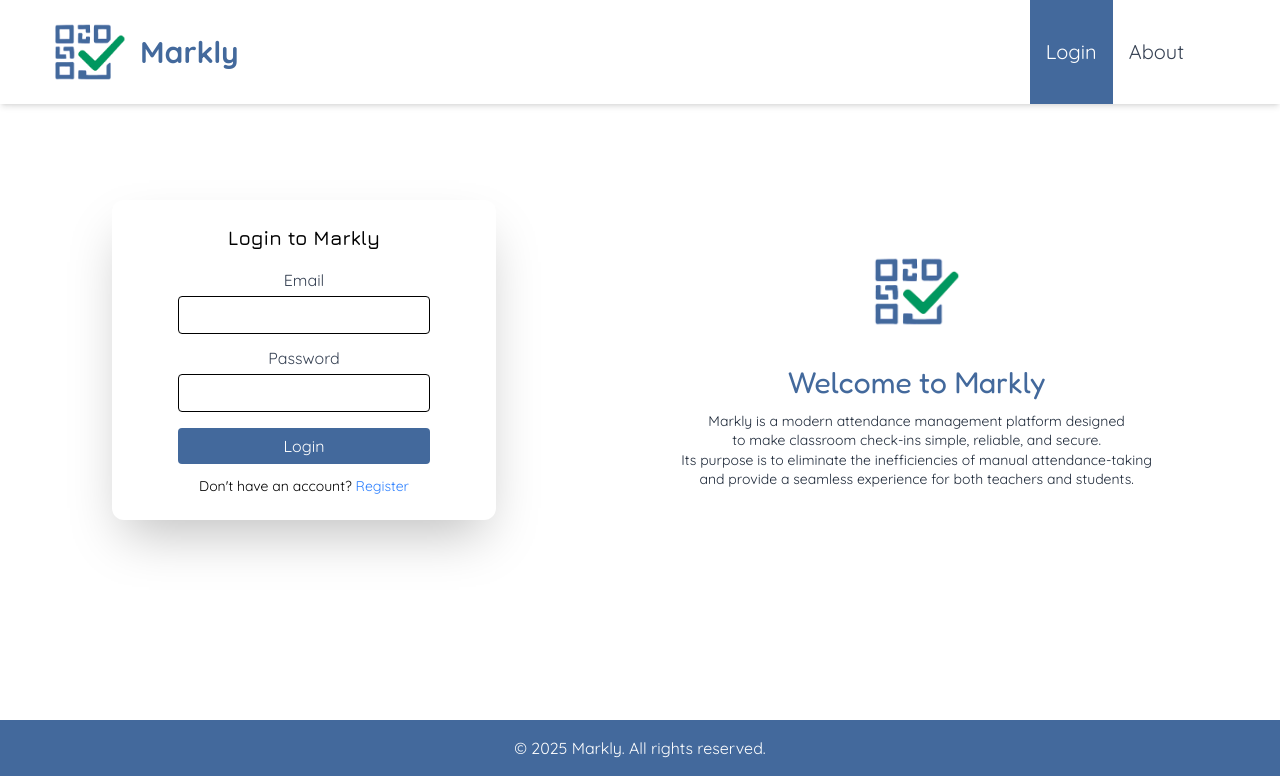
Repository: Mozukie/Markly
Page: /login
An editor plug-in stored every save of this project. The page is shown before and after the next save, followed by the edit.
The browser window is 1280 px wide. The pictures show the whole page.
Some web fonts or font styles are not loaded; a fallback is used. The project was rebuilt for these pictures with package versions that can differ from the ones it lists, and the page was loaded fresh each time. Also part of the build but not shown: vite.config.js, src/pages/NotFound.jsx, src/pages/Home.jsx, src/components/About.jsx, src/pages/Students/studentdashboard.jsx.

Above is the page before, as saved 2025-08-23 22:11:02.

### index.html
<!doctype html>
<html lang="en">
  <head>
    <meta charset="UTF-8" />
    <link rel="icon" type="image/png" href="/icon.png" />
    <meta name="viewport" content="width=device-width, initial-scale=1.0" />
    <style>
    @import url('https://fonts.googleapis.com/css2?family=Fredoka:wght@300..700&family=Gruppo&family=Hepta+Slab:wght@1..900&family=Jura:wght@300..700&family=Poiret+One&family=Quicksand:wght@300..700&display=swap');
    </style>
    <title>Markly</title>
  </head>
  <body>
    <div id="root"></div>
    <script type="module" src="/src/main.jsx"></script>
  </body>
</html>

### src/App.jsx
import './App.css'
import { BrowserRouter as Router, Routes, Route, useLocation } from 'react-router-dom'
import React from 'react'
// eslint-disable-next-line no-unused-vars
import { AnimatePresence, motion } from 'framer-motion'
import NotFound from './pages/NotFound.jsx'
import Home from './pages/Home.jsx'
import Login from './pages/Login.jsx'
import About from './components/About.jsx'
import StudentDashboard from './pages/Students/studentdashboard.jsx'

function AnimatedRoutes() {
  const location = useLocation();
  return (
    <AnimatePresence mode="wait">
      <motion.div
        key={location.pathname}
        initial={{ opacity: 0, y: 20 }}
        animate={{ opacity: 1, y: 0 }}
        exit={{ opacity: 0, y: -20 }}
        transition={{ duration: 0.4 }}
      >
        <Routes location={location}>
          <Route path="/" element={<Home/>} />
          <Route path="*" element={<NotFound/>} />
          <Route path="/login" element={<Login/>} />
          <Route path="/about" element={<About/>} />
          <Route path="/studentdashboard" element={<StudentDashboard/>} />
        </Routes>
      </motion.div>
    </AnimatePresence>
  );
}

function App() {
  return(
    <div>
      <Router>
        <AnimatedRoutes />
      </Router>
    </div>
  )
}

export default App

### src/App.css
@import "tailwindcss";

body, html {
  font-family: "Quicksand", sans-serif;
}

.poiret-one-regular {
  font-family: "Poiret One", sans-serif;
  font-weight: 400;
  font-style: normal;
}
.quicksand {
  font-family: "Quicksand", sans-serif;
  font-weight: 400;
  font-style: normal;
}
.quicksand-bold {
  font-family: "Quicksand", sans-serif;
  font-weight: 700;
  font-style: normal;
}
.fredoka {
  font-family: "Fredoka", sans-serif;
  font-weight: 400;
  font-style: normal;
}
.fredoka-bold {
  font-family: "Fredoka", sans-serif;
  font-weight: 700;
  font-style: normal;
}
.gruppo {
  font-family: "Gruppo", cursive;
  font-weight: 400;
  font-style: normal;
}
.hepta-slab {
  font-family: "Hepta Slab", serif;
  font-weight: 400;
  font-style: normal;
}
.hepta-slab-bold {
  font-family: "Hepta Slab", serif;
  font-weight: 900;
  font-style: normal;
}


.jura-regular {
  font-family: "Jura", sans-serif;
  font-optical-sizing: auto;
  font-weight: 400;
  font-style: normal;
}

.jura-medium {
  font-family: "Jura", sans-serif;
  font-optical-sizing: auto;
  font-weight: 500;
  font-style: normal;
}

.jura-semi-bold {
  font-family: "Jura", sans-serif;
  font-optical-sizing: auto;
  font-weight: 600;
  font-style: normal;
}

/* Fredoka for main titles */
h1, .title {
  font-family: "Fredoka", sans-serif;
}

/* Jura Medium for semi-titles, Login, Register, and subtitles */
.subtitle, .semi-title, .jura-semi-bold
.login-title, .register-title,
h2, h3, h4, h5, h6 {
  font-family: "Jura", sans-serif;
  font-weight: 600;
  font-style: normal;
}

### src/pages/Login.jsx
import React, { useState } from "react";
import Header from "../components/Header.jsx";
import Footer from "../components/Footer.jsx";

export default function Login() {
  const [showRegister, setShowRegister] = useState(false);

  return (
    <>
      <Header isLoggedIn={false} />
      <div className="min-h-screen flex items-center justify-between px-4">
        {/* Login Panel */}
        <div
          className="bg-white p-6 rounded-xl shadow-2xl max-w-sm w-full ml-24 flex flex-col items-center z-20"
          style={{ minWidth: '300px' }}
        >
          <h2 className="text-xl font-bold mb-4 text-center">Login to Markly</h2>
          <form className="w-full flex flex-col items-center">
            <div className="mb-3 w-3/4">
              <label className="block text-gray-700 mb-1 text-center" htmlFor="email">Email</label>
              <input type="email" id="email" className="w-full px-2 py-1.5 border rounded text-center" required />
            </div>
            <div className="mb-4 w-3/4">
              <label className="block text-gray-700 mb-1 text-center" htmlFor="password">Password</label>
              <input type="password" id="password" className="w-full px-2 py-1.5 border rounded text-center" required />
            </div>
            <button type="submit" className="w-3/4 bg-[#43699c] text-white py-1.5 rounded hover:bg-[#365f8a] transition-colors">Login</button>
          </form>
          <p className="mt-3 text-center text-sm">
            Don't have an account?{' '}
            <button
              type="button"
              className="text-blue-500 hover:underline focus:outline-none"
              onClick={() => setShowRegister(true)}
            >
              Register
            </button>
          </p>
        </div>

        {/* Register Panel */}
        <div
          className={`bg-white p-6 rounded-xl shadow-2xl max-w-md w-full mr-24 flex flex-col items-center transition-all duration-500 z-30 mt-20 ${showRegister ? 'opacity-100 translate-x-0' : 'opacity-0 translate-x-8 pointer-events-none'}`}
          style={{ minWidth: '420px', borderTopLeftRadius: '0.75rem', borderBottomLeftRadius: '0.75rem' }}
        >
          <h2 className="text-xl font-bold mb-4 text-center">Register</h2>
          <form className="w-full flex flex-col items-center">
            <div className="mb-3 w-3/4 flex gap-3">
              <div className="w-1/2">
                <label className="block text-gray-700 mb-1 text-center" htmlFor="reg-firstname">First Name</label>
                <input type="text" id="reg-firstname" className="w-full px-2 py-1.5 border rounded text-center" required />
              </div>
              <div className="w-1/2">
                <label className="block text-gray-700 mb-1 text-center" htmlFor="reg-lastname">Last Name</label>
                <input type="text" id="reg-lastname" className="w-full px-2 py-1.5 border rounded text-center" required />
              </div>
            </div>
            <div className="mb-3 w-3/4">
              <label className="block text-gray-700 mb-1 text-center" htmlFor="reg-email">Email</label>
              <input type="email" id="reg-email" className="w-full px-2 py-1.5 border rounded text-center" required />
            </div>
            <div className="mb-3 w-3/4">
              <label className="block text-gray-700 mb-1 text-center" htmlFor="reg-password">Password</label>
              <input type="password" id="reg-password" className="w-full px-2 py-1.5 border rounded text-center" required />
            </div>
            <div className="mb-3 w-3/4">
              <label className="block text-gray-700 mb-1 text-center" htmlFor="confirm-password">Confirm Password</label>
              <input type="password" id="confirm-password" className="w-full px-2 py-1.5 border rounded text-center" required />
            </div>
            <div className="text-sm">
              <input type="checkbox" id="teacher-checkbox" className="mt-3" />
              <label htmlFor="consent" className="text-gray-600 ml-1"> I consent to my data being used for registration purposes.</label>
            </div>
            <button type="submit" className="w-3/4 mt-3 bg-[#43699c] text-white py-1.5 rounded hover:bg-[#365f8a] transition-colors">Register</button>
          </form>
          <button
            type="button"
            className="absolute top-3 right-3 text-gray-500 hover:text-gray-800 text-3xl"
            onClick={() => setShowRegister(false)}
          >
            &times;
          </button>
        </div>
      </div>

      {/* Welcome Section */}
      <div className="fixed right-0 top-1/2 transform -translate-y-1/2 mr-32 flex flex-col items-center">
        <img src="/icon.png" height={120} width={120} className="mb-3" alt="Markly Icon" />
        <div className="text-3xl fredoka font-bold text-[#43699c] text-center">
          Welcome to Markly
        </div>
        <div className="text-center mt-3 text-gray-800 text-sm leading-snug">
          <p>Markly is a modern attendance management platform designed</p>
          <p>to make classroom check-ins simple, reliable, and secure.</p>
          <p>Its purpose is to eliminate the inefficiencies of manual attendance-taking</p>
          <p>and provide a seamless experience for both teachers and students.</p>
        </div>
      </div>
      <Footer />
    </>
  );
}

### src/components/Header.jsx
import { NavLink } from "react-router-dom";

export default function Header() {
  const isLoggedIn = false;
  const isTeacher = false;

  return (
    <header className="header fixed bg-white-100 mr-2 flex justify-between items-center shadow-md h-26 w-full z-100">
      <img src="/icon.png" alt="Logo" className="h-25 w-25 ml-10" />
      {isLoggedIn ? (
        isTeacher ? (
          <div className="container mr-20 flex flex-col md:flex-row justify-between items-center text-[20px] h-full">
            <div className="logo font-bold text-[#43699c] text-[30px] mb-2 md:mb-0">Markly</div>
            <nav className="flex flex-col md:flex-row h-full items-center">
              <NavLink to="/teacherdashboard" className={({ isActive }) => `text-gray-700 px-4 h-full flex items-center  transition-colors duration-200 ${isActive ? "bg-[#43699c] text-white" : "hover:bg-[#43699c] hover:text-white"}`}>
                Dashboard
              </NavLink>
              <NavLink to="/teacherprofile" className={({ isActive }) => `text-gray-700 px-4 h-full flex items-center  transition-colors duration-200 ${isActive ? "bg-[#43699c] text-white" : "hover:bg-[#43699c] hover:text-white"}`}>
                Profile
              </NavLink>
              <NavLink to="/teacherclasses" className={({ isActive }) => `text-gray-700 px-4 h-full flex items-center  transition-colors duration-200 ${isActive ? "bg-[#43699c] text-white" : "hover:bg-[#43699c] hover:text-white"}`}>
                Classes
              </NavLink>
              <NavLink to="/teacherschedule" className={({ isActive }) => `text-gray-700 px-4 h-full flex items-center  transition-colors duration-200 ${isActive ? "bg-[#43699c] text-white" : "hover:bg-[#43699c] hover:text-white"}`}>
                Schedule
              </NavLink>
              <NavLink to="/teacherschedule" className={({ isActive }) => `text-gray-700 px-4 h-full flex items-center  transition-colors duration-200 ${isActive ? "bg-[#43699c] text-white" : "hover:bg-[#43699c] hover:text-white"}`}>
                Schedule
              </NavLink>
              <NavLink to="/logout" className="text-gray-700 px-4 h-full flex items-center  hover:bg-[#43699c] hover:text-white transition-colors duration-200">
                Logout
              </NavLink>
            </nav>
          </div>
        ) : (
          <div className="container mr-20 flex flex-col md:flex-row justify-between items-center text-[20px] h-full">
            <div className="logo font-bold text-[#43699c] text-[30px] mb-2 md:mb-0">Markly</div>
            <nav className="flex flex-col md:flex-row h-full items-center">
              <NavLink to="/studentdashboard" className={({ isActive }) => `text-gray-700 px-4 h-full flex items-center transition-colors duration-200 ${isActive ? "bg-[#43699c] text-white" : "hover:bg-[#43699c] hover:text-white"}`}>
                Dashboard
              </NavLink>
              <NavLink to="/studentprofile" className={({ isActive }) => `text-gray-700 px-4 h-full flex items-center transition-colors duration-200 ${isActive ? "bg-[#43699c] text-white" : "hover:bg-[#43699c] hover:text-white"}`}>
                Profile
              </NavLink>
              <NavLink to="/studentclasses" className={({ isActive }) => `text-gray-700 px-4 h-full flex items-center transition-colors duration-200 ${isActive ? "bg-[#43699c] text-white" : "hover:bg-[#43699c] hover:text-white"}`}>
                Classes
              </NavLink>
              <NavLink to="/logout" className="text-gray-700 px-4 h-full flex items-center  hover:bg-[#43699c] hover:text-white transition-colors duration-200">
                Logout
              </NavLink>
            </nav>
          </div>
        )
      ) : (
        <div className="container mr-20 flex flex-col md:flex-row justify-between items-center text-[20px] h-full">
          <div className="logo font-bold text-[#43699c] text-[30px] mb-2 md:mb-0">Markly</div>
          <nav className="flex flex-col md:flex-row h-full items-center">
            <NavLink to="/login" className={({ isActive }) => `text-gray-700 px-4 h-full flex items-center  transition-colors duration-200 ${isActive ? "bg-[#43699c] text-white" : "hover:bg-[#43699c] hover:text-white"}`}>
              Login
            </NavLink>
            <NavLink to="/about" className={({ isActive }) => `text-gray-700 px-4 h-full flex items-center  transition-colors duration-200 ${isActive ? "bg-[#43699c] text-white" : "hover:bg-[#43699c] hover:text-white"}`}>
              About
            </NavLink>
          </nav>
        </div>
      )}
    </header>
  );
}

### src/components/Footer.jsx
import React from "react";
import { NavLink } from "react-router-dom";


export default function(){
    return(
        <>
        <footer className="bg-[#43699c] text-white p-4 text-center z-100">
             &copy; 2025 Markly. All rights reserved.
        </footer>
        </>
    )
}

Loaded but not shown: src/main.jsx (common file)

After the next save:
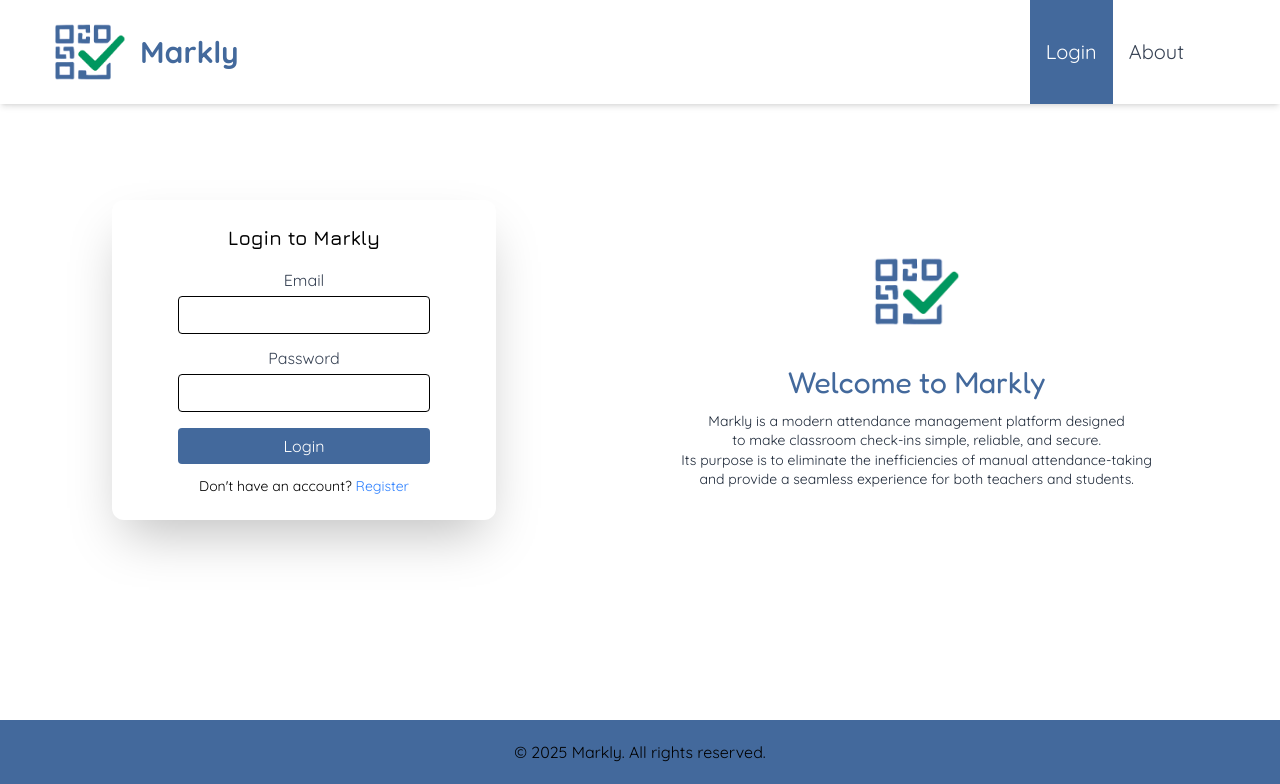
Saved 118 s later.
--- a/src/components/Footer.jsx
+++ b/src/components/Footer.jsx
@@ -5,7 +5,7 @@ import { NavLink } from "react-router-dom";
 export default function(){
     return(
         <>
-        <footer className="bg-[#43699c] text-white p-4 text-center z-100">
+        <footer className="bg-[#43699c] h-16 flex items-center justify-center">
              &copy; 2025 Markly. All rights reserved.
         </footer>
         </>
